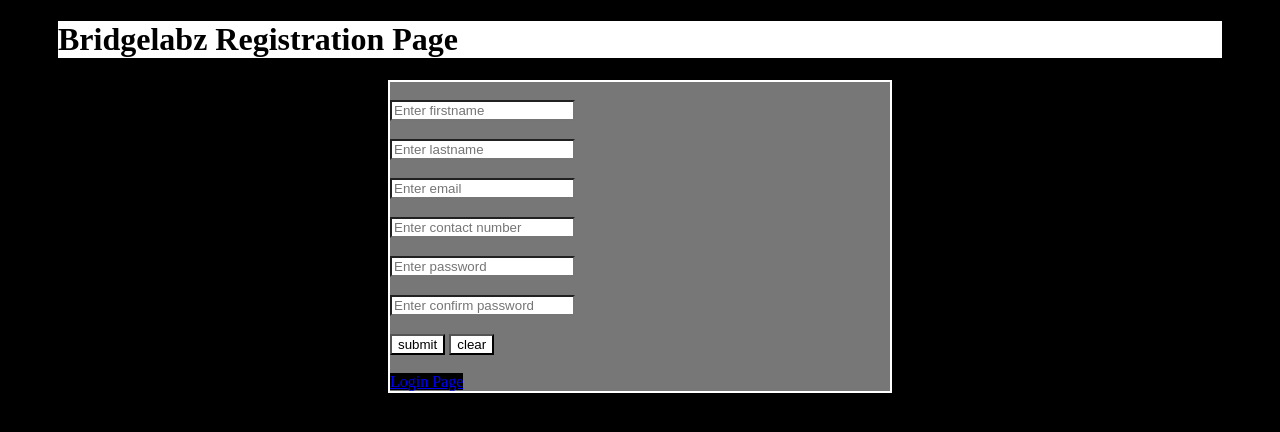
Repository: MarkFernandes11/Advanced-Java
Page: http://localhost/Login/register.jsp
The author's editor kept a copy of each file at every save. The page is drawn from the files as they stood at one save, then again after the next save.
The browser window is 1280 px wide. The pictures show the whole page.
The page is served by Tomcat 9.

Above is the page before, as saved 2019-09-26 05:30:26.

After the next save:
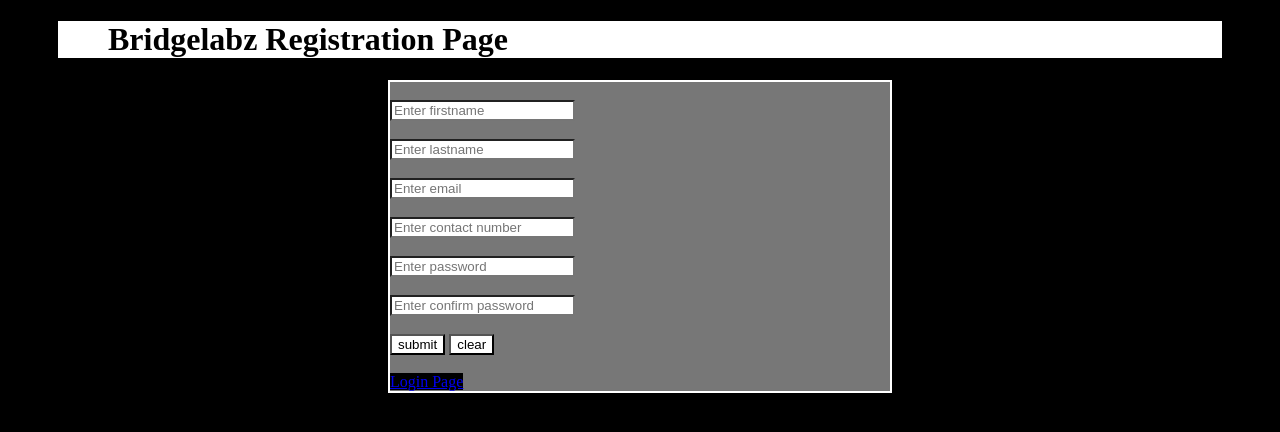
Saved 43 s later.
--- a/Login/WebContent/stylesheet.css
+++ b/Login/WebContent/stylesheet.css
@@ -24,7 +24,7 @@
 h1{
 
 	background-color: #fff;
-	padding-left: auto;
+	padding-left: 50px;
 	padding-right: auto;
 	margin-left: 50px;
 	margin-right: 50px;
